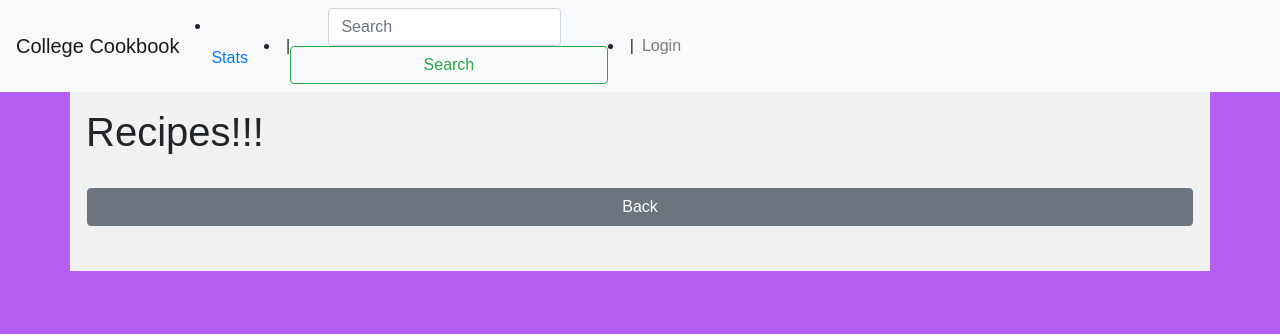
Repository: iiostefanos/college-cookbook
Page: http://localhost/
The author's editor kept a record of every edit. The page is drawn from the files as they stood at one moment, then again after the next edit.
The browser window is 1280 px wide. The pictures show the whole page.
The page is served by the project's application, run on Flask 3 (app.py). Queries for data that is not in the repository find no rows.

Above is the page before.

### templates/recipes.html
{% extends 'base.html' %} {% block content %}
<main class="container">
        <div class="row">
    <button id="back-to-results" class="btn btn-secondary" onclick="history.back(-1)">Back</button>
       </div>
<div class="container-fluid">
<div class="row recipe-header">
        <div class="col-sm-9">
        {% for recipe in recipes%}
        <h5>Category</h5>
        {{recipe.category_name}}
        </div>
        <div class="row">
       <div class="col col-sm-4">
        <h5>Title</h5>
        {{recipe.recipe_name}}
        </div>
        </div>
        <img src="{{ recipe.recipe_image }}" alt="{{ recipe.title}}">
        {{recipe.Serves}}
        {{recipe.Prep_Time}}
        {{recipe.Cook_Time}}
        {{recipe.recipe_description}}
        {{recipe.Author}}
        {{recipe.Ingredients}}
        {{recipe.Instructions}}

        </div>
<div class="recipe-header col-sm-9">

  <a href="{{url_for('edit_recipe', recipe_id=recipe._id)}}" class="btn btn-warning btn-small" type="submit">Edit</a>
  <form action="/delete_recipe/{{recipe._id}}" method="POST" class="col-s12">
  <button class="btn btn-info btn-small" type="submit">Delete</button>
  </form>
</div>
<div class="col-s9">

</div>
        {% endfor %}





{% endblock %}

### templates/base.html
<!DOCTYPE html>
<html>
    <head>
        <link href="https://stackpath.bootstrapcdn.com/font-awesome/4.7.0/css/font-awesome.min.css" rel="stylesheet">
        <link rel="stylesheet" href="https://stackpath.bootstrapcdn.com/bootstrap/4.4.1/css/bootstrap.min.css" integrity="sha384-Vkoo8x4CGsO3+Hhxv8T/Q5PaXtkKtu6ug5TOeNV6gBiFeWPGFN9MuhOf23Q9Ifjh" crossorigin="anonymous">
        <link rel="stylesheet" href="{{url_for('static', filename='css/style.css')}}" type="text/css" />
    </head>
    <body>

        <header>
            <nav class="navbar navbar-expand-lg navbar-light bg-light">
  <a class="navbar-brand" href="#">College Cookbook</a>
  <button class="navbar-toggler" type="button" data-toggle="collapse" data-target="#navbarSupportedContent" aria-controls="navbarSupportedContent" aria-expanded="false" aria-label="Toggle navigation">
    <span class="navbar-toggler-icon"></span>
  </button>

  <div class="collapse navbar-collapse" id="navbarSupportedContent">

      <li class="nav-item justify-content-end">
        <a class="nav-link" href="#">Stats</a>
      </li>
      <li>|</li>
      <form class="form-inline my-2 my-lg-0 justify-content-center">
      <input class="form-control mr-sm-2" type="search" placeholder="Search" aria-label="Search">
      <button class="btn btn-outline-success my-2 my-sm-0" type="submit">Search</button>
    </form>
    <li>|</li>
    <ul class="navbar-nav justify-content-end mr-auto">
      <li>
        <a class="nav-link" href="#">Login</a>
      </li>
    </ul>

  </div>
</nav>
        </header>
        <div class="container">
        <h1>Recipes!!!</h1>
        {% block content %}
        {% endblock %}
        </div>
        <script src="https://code.jquery.com/jquery-3.4.1.slim.min.js" integrity="sha384-J6qa4849blE2+poT4WnyKhv5vZF5SrPo0iEjwBvKU7imGFAV0wwj1yYfoRSJoZ+n" crossorigin="anonymous"></script>
        <script src="https://cdn.jsdelivr.net/npm/popper.js@1.16.0/dist/umd/popper.min.js" integrity="sha384-Q6E9RHvbIyZFJoft+2mJbHaEWldlvI9IOYy5n3zV9zzTtmI3UksdQRVvoxMfooAo" crossorigin="anonymous"></script>
        <script src="https://stackpath.bootstrapcdn.com/bootstrap/4.4.1/js/bootstrap.min.js" integrity="sha384-wfSDF2E50Y2D1uUdj0O3uMBJnjuUD4Ih7YwaYd1iqfktj0Uod8GCExl3Og8ifwB6" crossorigin="anonymous"></script>
    </body>
</html>

### app.py
import os
from flask import Flask, render_template, redirect, request, url_for
from flask_pymongo import PyMongo
from bson.objectid import ObjectId
from os import path
if path.exists("env.py"):
    import env

app = Flask(__name__)
app.config["MONGO_DBNAME"] = 'college_cookbook'
app.config["MONGO_URI"] = os.environ["MONGO_URI"]

mongo = PyMongo(app)


@app.route('/')
@app.route('/get_recipes')
def get_recipes():
    return render_template("recipes.html",
    recipes=mongo.db.recipes.find())


@app.route('/add_recipe')
def add_recipe():
    categories=mongo.db.categories.find()
    category_list = [category for category in categories]
    return render_template('add_recipe.html', categories = category_list)

@app.route ('/insert_recipe', methods=['POST'])
def insert_recipe():
    recipes=mongo.db.recipes
    recipes.insert_one(request.form.to_dict())
    return redirect(url_for('get_recipes'))

@app.route('/edit_recipe/<recipe_id>')
def edit_recipe(recipe_id):
    the_recipe = mongo.db.recipes.find_one({"_id": ObjectId(recipe_id)})
    all_categories = mongo.db.categories.find()
    return render_template('edit_recipe.html', recipe=the_recipe, categories=all_categories)

@app.route('/update_recipe/<recipe_id>', methods=['POST'])
def update_recipe(recipe_id):
    recipes=mongo.db.recipes
    recipes.update_one({'_id': ObjectId(recipe_id)},
    { "$set":
       {
        "category_name":request.form.get('category_name'),
        "recipe_name":request.form.get('recipe_name'),
        "recipe_image":request.form.get('recipe_image'),
        "Serves":request.form.get('Serves'),
        "Prep_Time":request.form.get('Prep_Time'),
        "Cook_Time":request.form.get('Cook_Time'),
        "recipe_description":request.form.get('recipe_description'),
        "Author":request.form.get('Author'),
        "Ingredients":request.form.get('Ingredients'),
        "Instructions":request.form.get('Instructions')
        }
     }
    )
    return redirect(url_for('get_recipes'))

@app.route('/delete_recipe/<recipe_id>', methods=['POST'])
def delete_recipe(recipe_id):
      mongo.db.recipes.remove({'_id': ObjectId(recipe_id)})
      return redirect(url_for('get_recipes'))


if __name__ == '__main__':
    app.run(host=os.environ.get('IP'),
            port=int(os.environ.get('PORT')),
            debug=True)

### static/css/style.css
body {
    background-color: #b45ef2;
    background-repeat: repeat-x;
    font-family: Arial, Helvetica, sans-serif;

    }

.btn-small
{
    height: 24px;
    width: 60px;
    line-height: 24px;
    margin: 5px 5px;
    padding: 0 0.5em;
}

.recipe-header {
    margin-top: 5px;
}


/* Full-width input fields */
input[type=text], input[type=password] {
  width: 100%;
  padding: 12px 20px;
  margin: 8px 0;
  display: inline-block;
  border: 1px solid #ccc;
  box-sizing: border-box;
}

/* Set a style for all buttons */
button {
  background-color: #4CAF50;
  color: white;
  padding: 14px 20px;
  margin: 8px 0;
  border: none;
  cursor: pointer;
  width: 100%;
}

button:hover {
  opacity: 0.8;
}

/* Extra styles for the cancel button */
.cancelbtn {
  width: auto;
  padding: 10px 18px;
  background-color: #f44336;
}

/* Center the image and position the close button */
.imgcontainer {
  text-align: center;
  margin: 24px 0 12px 0;
  position: relative;
}

.container {
  padding: 16px;
  background-color:#f1f1f1;
}

span.psw {
  float: right;
  padding-top: 16px;
}

/* The Modal (background) */
.modal {
  display: none; /* Hidden by default */
  position: fixed; /* Stay in place */
  z-index: 1; /* Sit on top */
  left: 0;
  top: 0;
  width: 100%; /* Full width */
  height: 100%; /* Full height */
  overflow: auto; /* Enable scroll if needed */
  background-color: rgb(0,0,0); /* Fallback color */
  background-color: rgba(0,0,0,0.4); /* Black w/ opacity */
  padding-top: 60px;
}

/* Modal Content/Box */
.modal-content {
  background-color: #fefefe;
  margin: 5% auto 15% auto; /* 5% from the top, 15% from the bottom and centered */
  border: 1px solid #888;
  width: 60%; /* Could be more or less, depending on screen size */
}

/* The Close Button (x) */
.close {
  position: absolute;
  right: 25px;
  top: 0;
  color: #000;
  font-size: 35px;
  font-weight: bold;
}

.close:hover,
.close:focus {
  color: red;
  cursor: pointer;
}

/* Add Zoom Animation */
.animate {
  -webkit-animation: animatezoom 0.6s;
  animation: animatezoom 0.6s
}

@-webkit-keyframes animatezoom {
  from {-webkit-transform: scale(0)}
  to {-webkit-transform: scale(1)}
}

@keyframes animatezoom {
  from {transform: scale(0)}
  to {transform: scale(1)}
}

/* Change styles for span and cancel button on extra small screens */
@media screen and (max-width: 300px) {
  span.psw {
     display: block;
     float: none;
  }
  .cancelbtn {
     width: 100%;
  }
}

After the next edit:
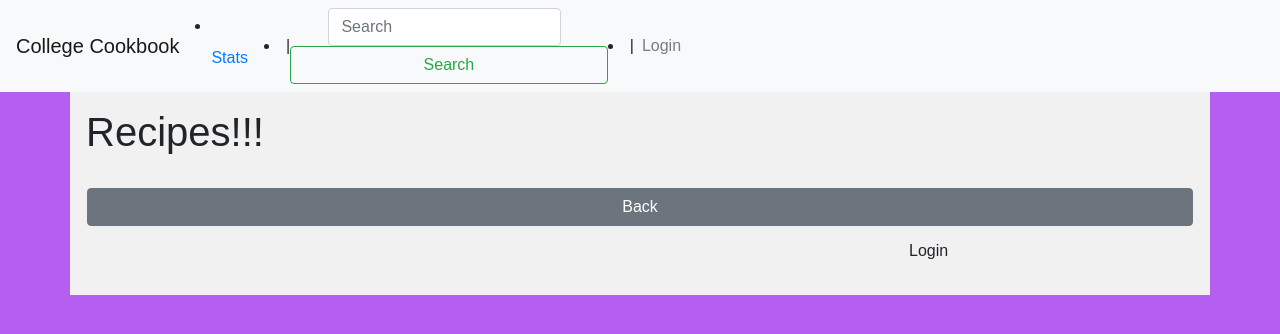
The edit:
--- a/templates/base.html
+++ b/templates/base.html
@@ -38,7 +38,33 @@
         <h1>Recipes!!!</h1>
         {% block content %}
         {% endblock %}
-        </div>
+        </div
+        <button onclick="document.getElementById('id01').style.display='block'" style="width:auto;">Login</button>
+
+<div id="id01" class="modal">
+
+  <form class="modal-content animate" action="/action_page.php" method="post">
+    <div class="imgcontainer">
+      <span onclick="document.getElementById('id01').style.display='none'" class="close" title="Close Modal">&times;</span>
+    </div>
+
+    <div class="container">
+      <label for="uname"><b>Username</b></label>
+      <input type="text" placeholder="Enter Username" name="uname" required>
+
+      <label for="psw"><b>Password</b></label>
+      <input type="password" placeholder="Enter Password" name="psw" required>
+
+      <button type="submit">Login</button>
+
+    </div>
+
+    <div class="container" style="background-color:#f1f1f1">
+      <button type="button" onclick="document.getElementById('id01').style.display='none'" class="cancelbtn">Cancel</button>
+    </div>
+  </form>
+</div>
+
         <script src="https://code.jquery.com/jquery-3.4.1.slim.min.js" integrity="sha384-J6qa4849blE2+poT4WnyKhv5vZF5SrPo0iEjwBvKU7imGFAV0wwj1yYfoRSJoZ+n" crossorigin="anonymous"></script>
         <script src="https://cdn.jsdelivr.net/npm/popper.js@1.16.0/dist/umd/popper.min.js" integrity="sha384-Q6E9RHvbIyZFJoft+2mJbHaEWldlvI9IOYy5n3zV9zzTtmI3UksdQRVvoxMfooAo" crossorigin="anonymous"></script>
         <script src="https://stackpath.bootstrapcdn.com/bootstrap/4.4.1/js/bootstrap.min.js" integrity="sha384-wfSDF2E50Y2D1uUdj0O3uMBJnjuUD4Ih7YwaYd1iqfktj0Uod8GCExl3Og8ifwB6" crossorigin="anonymous"></script>
